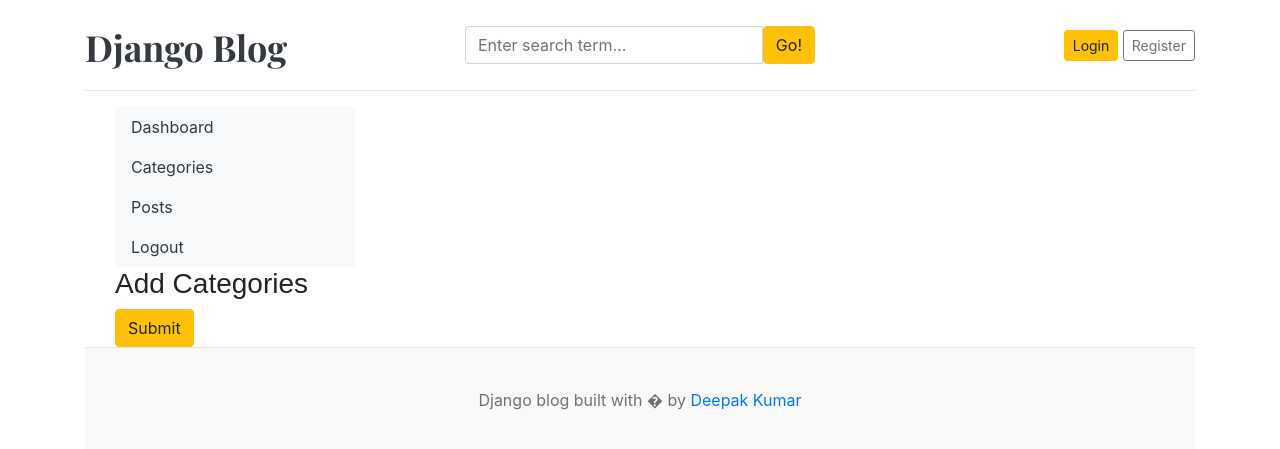
Repository: vijayholve/Blog-Website-Django
Page: templates/dashboard/add_categories.html
The author's editor kept a copy of each file at every save. The page is drawn from the files as they stood at one save, then again after the next save.
The browser window is 1280 px wide. The pictures show the whole page.
The template is drawn by Django 5.2. The application's start-up code is not run. Other server files are loaded and not shown. The template is opened directly, without the code that normally fills it, so the values that code supplies are empty.

Above is the page before, as saved 2025-01-29 15:46:39.

### templates/dashboard/add_categories.html
{% extends '../base/base.html' %}

{% block content %}
<div class="container-fluid">
    <!-- left sidebar -->
    {% include './leftsidebar.html' %}


    <!-- right sidebar -->
    <div class="col-md-9">
        <h3>Add Categories</h3>

      <form action="" method="POST" style="width: 500px;">
        {% csrf_token %}
        {{ form  }}
        <button type="submit" class="btn btn-warning">Submit</button>
      </form>
    </div>
</div>

{% endblock %}

### templates/base/base.html
<!-- Header part -->
{% include './header.html' %}

<!-- Main content part -->
{% block content %}

{% endblock %}

<!-- Footer -->
{% include './footer.html' %}

### templates/base/header.html
{% load static %}
<!DOCTYPE html>
<html lang="en">
<head>
    <meta charset="UTF-8">
    <meta http-equiv="X-UA-Compatible" content="IE=edge">
    <meta name="viewport" content="width=device-width, initial-scale=1.0">
    <title>SM Joshi Blogs</title>
    <link href="https://getbootstrap.com/docs/4.0/dist/css/bootstrap.min.css" rel="stylesheet">
    <link href="https://fonts.googleapis.com/css?family=Playfair+Display:700,900" rel="stylesheet">
    <link href="{% static 'css/blog.css' %}" rel="stylesheet">
    <link href="{% static 'css/Navbar.css' %}" rel="stylesheet">
    <link rel="stylesheet" href="https://cdn.jsdelivr.net/npm/bootstrap@4.4.1/dist/css/bootstrap.min.css" integrity="sha384-Vkoo8x4CGsO3+Hhxv8T/Q5PaXtkKtu6ug5TOeNV6gBiFeWPGFN9MuhOf23Q9Ifjh" crossorigin="anonymous">
    <link rel="stylesheet" href="https://cdnjs.cloudflare.com/ajax/libs/font-awesome/4.7.0/css/font-awesome.min.css">
  </head>
<body>
    <div class="container">
      <header class="blog-header py-3">
        <div class="row flex-nowrap justify-content-between align-items-center">
          <div class="col-4 pt-1">
            <a class="blog-header-logo text-dark" href="/">Django Blog</a>
          </div>
          <div class="col-4">
            <form action="{% url 'search' %}" method="GET">
              <div class="input-group">
                <input class="form-control" name="keyword" type="text" placeholder="Enter search term..." aria-label="Enter search term..." aria-describedby="button-search" />
                <button type="submit" class="btn btn-warning" id="button-search" type="button">Go!</button>
            </div>
            </form>
          </div>

          <div class="col-4 d-flex justify-content-end align-items-center">
            {% if not user.is_authenticated %}
            <a class="btn btn-sm btn-warning" href="{% url 'login' %}">Login</a> &nbsp;
            <a class="btn btn-sm btn-outline-secondary" href="{% url 'register' %}">Register</a>
            {% else %}
            <span><a href="{% url 'dashboard' %}" class="btn btn-warning">Dashboard</a></span> &nbsp;
            <span><a href="{% url 'logout' %}">Logout</a></span>
            {% endif %}
          </div>
        </div>
      </header>

      <div class="nav-scroller py-1 mb-2">
        <nav class="nav d-flex justify-content-between">
          {% for cat in categories %}
          <a class="p-2 text-muted" href="{% url 'posts_by_category' cat.id  %}">{{ cat.category_name }}</a>
          {% endfor %}
        </nav>
      </div>

### templates/dashboard/leftsidebar.html
<div class="col-md-3">
    <div class="nav flex-column nav-pills bg-light aria-orientation='vertical'">
        <a href="{% url 'dashboard' %}" class="nav-link text-dark {% if '/dashboard/' == request.path %} bg-warning {% endif %}">Dashboard</a>
         {% if perms.auth.view_user %}
          <a href="{% url 'users' %}" class="nav-link text-dark {% if '/users/' in request.path %} bg-warning {% endif %}">Users</a>
        {% endif %}
        <a href="{% url 'categories' %}" class="nav-link text-dark {% if '/categories/' in request.path %} bg-warning {% endif %}">Categories</a>
        <a href="{% url 'posts' %}" class="nav-link text-dark {% if '/posts/' in request.path %} bg-warning {% endif %}">Posts</a>
        <a href="" class="nav-link text-dark">Logout</a>
    </div>
</div>

### templates/base/footer.html
<footer class="blog-footer">
    <p>Django blog built with � by <a href="#">Deepak Kumar</a></p>
  </footer>
  </body>
  </html>

### static/css/blog.css
/* stylelint-disable selector-list-comma-newline-after */

.blog-header {
  border-bottom: 1px solid #e5e5e5;
}

.blog-header-logo {
  font-family: "Playfair Display", Georgia, "Times New Roman", serif/*rtl:Amiri, Georgia, "Times New Roman", serif*/;
  font-size: 2.25rem;
}

.blog-header-logo:hover {
  text-decoration: none;
}

h1, h2, h3, h4, h5, h6 {
  font-family: "Playfair Display", Georgia, "Times New Roman", serif/*rtl:Amiri, Georgia, "Times New Roman", serif*/;
}

.display-4 {
  font-size: 2.5rem;
}
@media (min-width: 768px) {
  .display-4 {
    font-size: 3rem;
  }
}

.flex-auto {
  flex: 0 0 auto;
}

.h-250 { height: 250px; }
@media (min-width: 768px) {
  .h-md-250 { height: 250px; }
}

/* Pagination */
.blog-pagination {
  margin-bottom: 4rem;
}

/*
 * Blog posts
 */
.blog-post {
  margin-bottom: 4rem;
}
.blog-post-title {
  font-size: 2.5rem;
}
.blog-post-meta {
  margin-bottom: 1.25rem;
  color: #727272;
}

/*
 * Footer
 */
.blog-footer {
  padding: 2.5rem 0;
  color: #727272;
  text-align: center;
  background-color: #f9f9f9;
  border-top: .05rem solid #e5e5e5;
}
.blog-footer p:last-child {
  margin-bottom: 0;
}

### static/css/Navbar.css
:root {
    --font-family-sans-serif: "Open Sans", -apple-system, BlinkMacSystemFont,
    "Segoe UI", Roboto, "Helvetica Neue", Arial, sans-serif, "Apple Color Emoji",
    "Segoe UI Emoji", "Segoe UI Symbol", "Noto Color Emoji";
}

*, *::before, *::after {
    -webkit-box-sizing: border-box;
    box-sizing: border-box;
}

html {
    font-family: sans-serif;
    line-height: 1.15;
    -webkit-text-size-adjust: 100%;
    -webkit-tap-highlight-color: rgba(0, 0, 0, 0);
}

nav {
    display: block;
}

body {
    margin: 0;
    font-family: "Open Sans", -apple-system, BlinkMacSystemFont, "Segoe UI",
    Roboto, "Helvetica Neue", Arial, sans-serif, "Apple Color Emoji",
    "Segoe UI Emoji", "Segoe UI Symbol", "Noto Color Emoji";
    font-size: 1rem;
    font-weight: 400;
    line-height: 1.5;
    color: #515151;
    text-align: left;
    background-color: #e9edf4;
}

h1, h2, h3, h4, h5, h6 {
    margin-top: 0;
    margin-bottom: 0.5rem;
}

p {
    margin-top: 0;
    margin-bottom: 1rem;
}

a {
    color: #3f84fc;
    text-decoration: none;
    background-color: transparent;
}

a:hover {
    color: #0458eb;
    text-decoration: underline;
}

h1, h2, h3, h4, h5, h6, .h1, .h2, .h3, .h4, .h5, .h6 {
    font-family: "Nunito", sans-serif;
    margin-bottom: 0.5rem;
    font-weight: 500;
    line-height: 1.2;
}

h1, .h1 {
    font-size: 2.5rem;
    font-weight: normal;
}

.card {
    position: relative;
    display: -webkit-box;
    display: -webkit-flex;
    display: -ms-flexbox;
    display: flex;
    -webkit-box-orient: vertical;
    -webkit-box-direction: normal;
    -webkit-flex-direction: column;
    -ms-flex-direction: column;
    flex-direction: column;
    min-width: 0;
    word-wrap: break-word;
    background-color: #fff;
    background-clip: border-box;
    border: 1px solid rgba(0, 0, 0, 0.125);
    border-radius: 0;
}

.card-body {
    -webkit-box-flex: 1;
    -webkit-flex: 1 1 auto;
    -ms-flex: 1 1 auto;
    flex: 1 1 auto;
    padding: 1.25rem;
}

.card-header {
    padding: 0.75rem 1.25rem;
    margin-bottom: 0;
    background-color: rgba(0, 0, 0, 0.03);
    border-bottom: 1px solid rgba(0, 0, 0, 0.125);
    text-align: center;
}

.dashboard {
    display: -webkit-box;
    display: -webkit-flex;
    display: -ms-flexbox;
    display: flex;
    min-height: 100vh;
}

.dashboard-app {
    display: -webkit-box;
    display: -webkit-flex;
    display: -ms-flexbox;
    display: flex;
    -webkit-box-orient: vertical;
    -webkit-box-direction: normal;
    -webkit-flex-direction: column;
    -ms-flex-direction: column;
    flex-direction: column;
    -webkit-box-flex: 2;
    -webkit-flex-grow: 2;
    -ms-flex-positive: 2;
    flex-grow: 2;
    margin-top: 84px;
}

.dashboard-content {
    -webkit-box-flex: 2;
    -webkit-flex-grow: 2;
    -ms-flex-positive: 2;
    flex-grow: 2;
    padding: 25px;
}

.dashboard-nav {
    min-width: 238px;
    position: fixed;
    left: 0;
    top: 0;
    bottom: 0;
    overflow: auto;
    background-color: #373193;
}

.dashboard-compact .dashboard-nav {
    display: none;
}

.dashboard-nav header {
    min-height: 84px;
    padding: 8px 27px;
    display: -webkit-box;
    display: -webkit-flex;
    display: -ms-flexbox;
    display: flex;
    -webkit-box-pack: center;
    -webkit-justify-content: center;
    -ms-flex-pack: center;
    justify-content: center;
    -webkit-box-align: center;
    -webkit-align-items: center;
    -ms-flex-align: center;
    align-items: center;
}

.dashboard-nav header .menu-toggle {
    display: none;
    margin-right: auto;
}

.dashboard-nav a {
    color: #515151;
}

.dashboard-nav a:hover {
    text-decoration: none;
}

.dashboard-nav {
    background-color: #443ea2;
}

.dashboard-nav a {
    color: #fff;
}

.brand-logo {
    font-family: "Nunito", sans-serif;
    font-weight: bold;
    font-size: 20px;
    display: -webkit-box;
    display: -webkit-flex;
    display: -ms-flexbox;
    display: flex;
    color: #515151;
    -webkit-box-align: center;
    -webkit-align-items: center;
    -ms-flex-align: center;
    align-items: center;
}

.brand-logo:focus, .brand-logo:active, .brand-logo:hover {
    color: #dbdbdb;
    text-decoration: none;
}

.brand-logo i {
    color: #d2d1d1;
    font-size: 27px;
    margin-right: 10px;
}

.dashboard-nav-list {
    display: -webkit-box;
    display: -webkit-flex;
    display: -ms-flexbox;
    display: flex;
    -webkit-box-orient: vertical;
    -webkit-box-direction: normal;
    -webkit-flex-direction: column;
    -ms-flex-direction: column;
    flex-direction: column;
}

.dashboard-nav-item {
    min-height: 56px;
    padding: 8px 20px 8px 70px;
    display: -webkit-box;
    display: -webkit-flex;
    display: -ms-flexbox;
    display: flex;
    -webkit-box-align: center;
    -webkit-align-items: center;
    -ms-flex-align: center;
    align-items: center;
    letter-spacing: 0.02em;
    transition: ease-out 0.5s;
}

.dashboard-nav-item i {
    width: 36px;
    font-size: 19px;
    margin-left: -40px;
}

.dashboard-nav-item:hover {
    background: rgba(255, 255, 255, 0.04);
}

.active {
    background: rgba(0, 0, 0, 0.1);
}

.dashboard-nav-dropdown {
    display: -webkit-box;
    display: -webkit-flex;
    display: -ms-flexbox;
    display: flex;
    -webkit-box-orient: vertical;
    -webkit-box-direction: normal;
    -webkit-flex-direction: column;
    -ms-flex-direction: column;
    flex-direction: column;
}

.dashboard-nav-dropdown.show {
    background: rgba(255, 255, 255, 0.04);
}

.dashboard-nav-dropdown.show > .dashboard-nav-dropdown-toggle {
    font-weight: bold;
}

.dashboard-nav-dropdown.show > .dashboard-nav-dropdown-toggle:after {
    -webkit-transform: none;
    -o-transform: none;
    transform: none;
}

.dashboard-nav-dropdown.show > .dashboard-nav-dropdown-menu {
    display: -webkit-box;
    display: -webkit-flex;
    display: -ms-flexbox;
    display: flex;
}

.dashboard-nav-dropdown-toggle:after {
    content: "";
    margin-left: auto;
    display: inline-block;
    width: 0;
    height: 0;
    border-left: 5px solid transparent;
    border-right: 5px solid transparent;
    border-top: 5px solid rgba(81, 81, 81, 0.8);
    -webkit-transform: rotate(90deg);
    -o-transform: rotate(90deg);
    transform: rotate(90deg);
}

.dashboard-nav .dashboard-nav-dropdown-toggle:after {
    border-top-color: rgba(255, 255, 255, 0.72);
}

.dashboard-nav-dropdown-menu {
    display: none;
    -webkit-box-orient: vertical;
    -webkit-box-direction: normal;
    -webkit-flex-direction: column;
    -ms-flex-direction: column;
    flex-direction: column;
}

.dashboard-nav-dropdown-item {
    min-height: 40px;
    padding: 8px 20px 8px 70px;
    display: -webkit-box;
    display: -webkit-flex;
    display: -ms-flexbox;
    display: flex;
    -webkit-box-align: center;
    -webkit-align-items: center;
    -ms-flex-align: center;
    align-items: center;
    transition: ease-out 0.5s;
}

.dashboard-nav-dropdown-item:hover {
    background: rgba(255, 255, 255, 0.04);
}

.menu-toggle {
    position: relative;
    width: 42px;
    height: 42px;
    display: -webkit-box;
    display: -webkit-flex;
    display: -ms-flexbox;
    display: flex;
    -webkit-box-align: center;
    -webkit-align-items: center;
    -ms-flex-align: center;
    align-items: center;
    -webkit-box-pack: center;
    -webkit-justify-content: center;
    -ms-flex-pack: center;
    justify-content: center;
    color: #443ea2;
}

.menu-toggle:hover, .menu-toggle:active, .menu-toggle:focus {
    text-decoration: none;
    color: #875de5;
}

.menu-toggle i {
    font-size: 20px;
}

.dashboard-toolbar {
    min-height: 84px;
    background-color: #dfdfdf;
    display: -webkit-box;
    display: -webkit-flex;
    display: -ms-flexbox;
    display: flex;
    -webkit-box-align: center;
    -webkit-align-items: center;
    -ms-flex-align: center;
    align-items: center;
    padding: 8px 27px;
    position: fixed;
    top: 0;
    right: 0;
    left: 0;
    z-index: 1000;
}

.nav-item-divider {
    height: 1px;
    margin: 1rem 0;
    overflow: hidden;
    background-color: rgba(236, 238, 239, 0.3);
}

@media (min-width: 992px) {
    .dashboard-app {
        margin-left: 238px;
    }

    .dashboard-compact .dashboard-app {
        margin-left: 0;
    }
}


@media (max-width: 768px) {
    .dashboard-content {
        padding: 15px 0px;
    }
}

@media (max-width: 992px) {
    .dashboard-nav {
        display: none;
        position: fixed;
        top: 0;
        right: 0;
        left: 0;
        bottom: 0;
        z-index: 1070;
    }

    .dashboard-nav.mobile-show {
        display: block;
    }
}

@media (max-width: 992px) {
    .dashboard-nav header .menu-toggle {
        display: -webkit-box;
        display: -webkit-flex;
        display: -ms-flexbox;
        display: flex;
    }
}

@media (min-width: 992px) {
    .dashboard-toolbar {
        left: 238px;
    }

    .dashboard-compact .dashboard-toolbar {
        left: 0;
    }
}

After the next save:
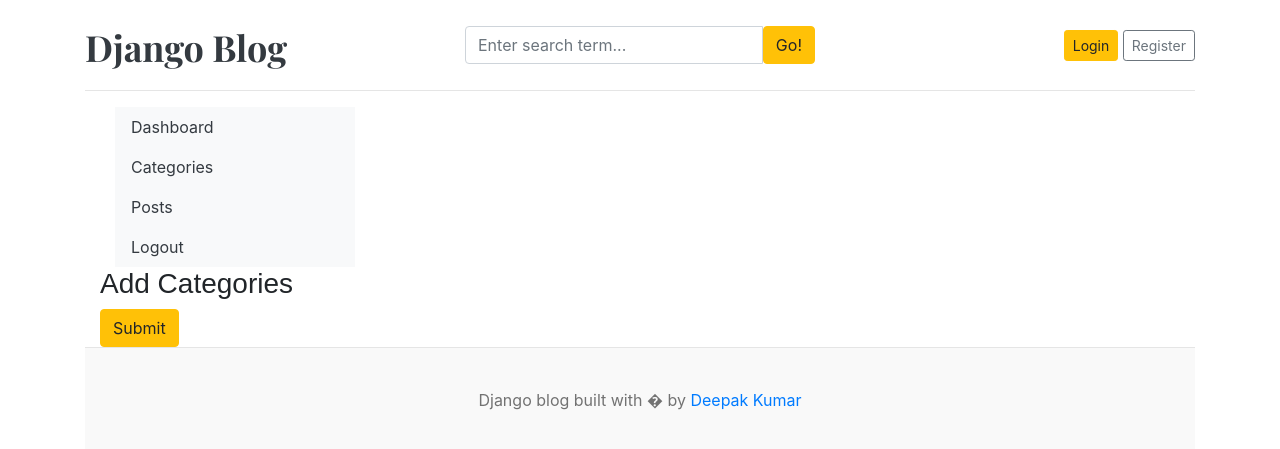
Saved 11 s later.
--- a/templates/dashboard/add_categories.html
+++ b/templates/dashboard/add_categories.html
@@ -7,7 +7,7 @@
 
 
     <!-- right sidebar -->
-    <div class="col-md-9">
+    <div class="">
         <h3>Add Categories</h3>
 
       <form action="" method="POST" style="width: 500px;">

After the save that followed:
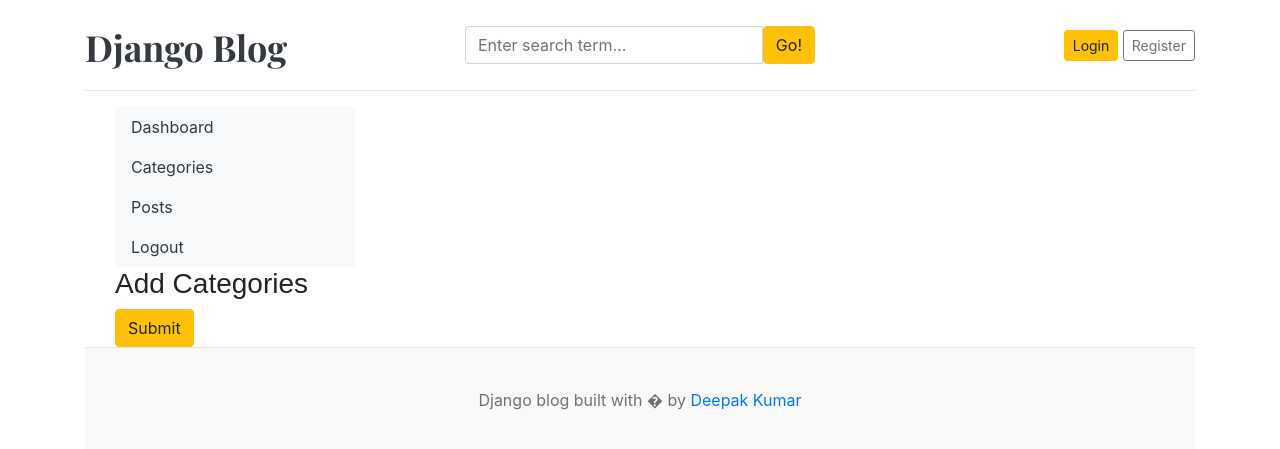
Saved 8 s later.
--- a/templates/dashboard/add_categories.html
+++ b/templates/dashboard/add_categories.html
@@ -7,7 +7,7 @@
 
 
     <!-- right sidebar -->
-    <div class="">
+    <div class="col-md-9">
         <h3>Add Categories</h3>
 
       <form action="" method="POST" style="width: 500px;">
